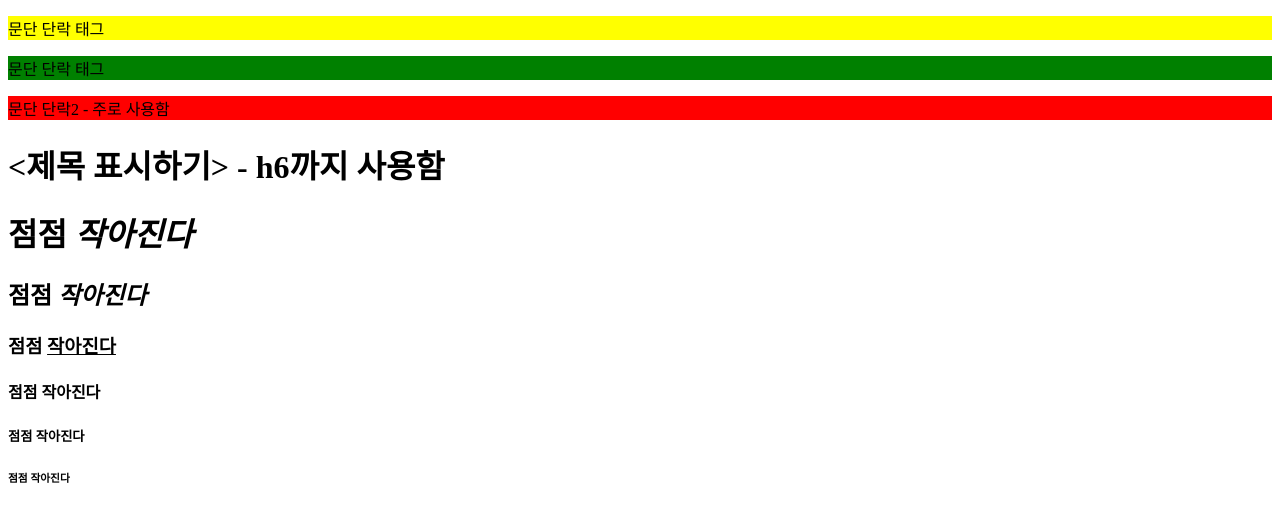
Repository: hsaar/jsworkplace
Page: http://localhost/testjsp/html/test01.jsp
An editor plug-in stored every save of this project. The page is shown before and after the next save, followed by the edit.
The browser window is 1280 px wide. The pictures show the whole page.
The page is served by Tomcat 9.

Above is the page before, as saved 2025-08-19 03:06:39.

### testjsp/src/main/webapp/html/test01.jsp
<%@ page language="java" contentType="text/html; charset=UTF-8"
    pageEncoding="UTF-8"%>
<!DOCTYPE html>
<html>
<head>
<meta charset="UTF-8">
<title>NAVAR</title>
</head>
<body>
	<p style="background:yellow">문단 단락 태그</p>
	<p style="background:green">문단 단락 태그</p>
	<div style="background:red">문단 단락2 - 주로 사용함</div>
	<div>
		<h1>&lt;제목 표시하기&gt; - h6까지 사용함</h1>
	</div>
	<div>
		<h1>점점 <i>작아진다</i></h1>
		<h2>점점 <em>작아진다</em></h2>
		<h3>점점 <ins>작아진다</ins></h3>
		<h4>점점 작아진다</h4>
		<h5>점점 작아진다</h5>
		<h6>점점 작아진다</h6>
	</div>

</body>
</html>

After the next save:
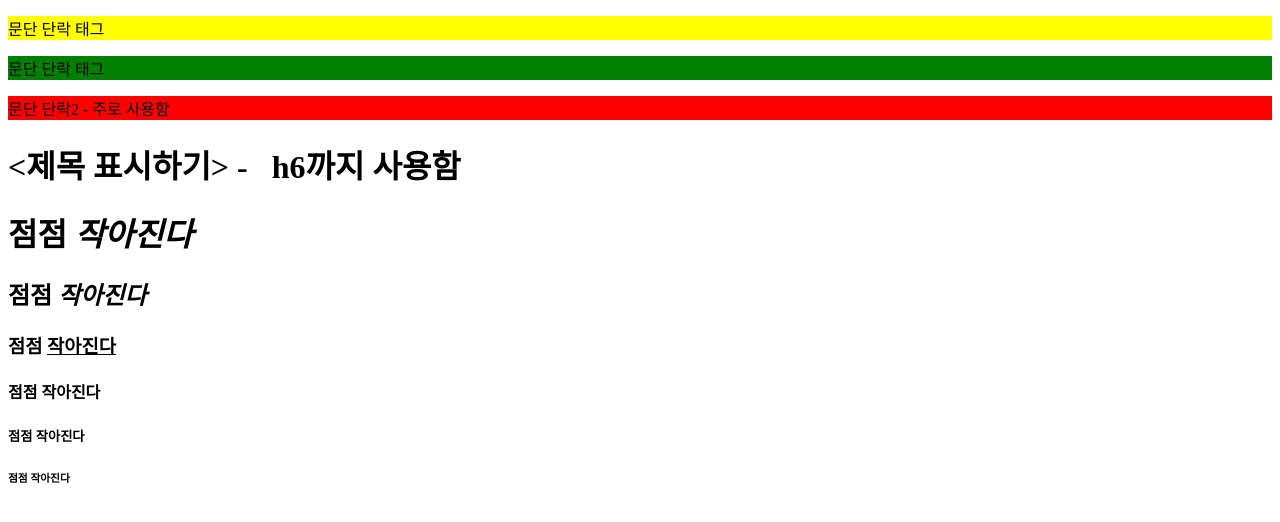
Saved 54 s later.
--- a/testjsp/src/main/webapp/html/test01.jsp
+++ b/testjsp/src/main/webapp/html/test01.jsp
@@ -11,7 +11,7 @@
 	<p style="background:green">문단 단락 태그</p>
 	<div style="background:red">문단 단락2 - 주로 사용함</div>
 	<div>
-		<h1>&lt;제목 표시하기&gt; - h6까지 사용함</h1>
+		<h1>&lt;제목 표시하기&gt; - &nbsp;&nbsp;h6까지 사용함</h1>
 	</div>
 	<div>
 		<h1>점점 <i>작아진다</i></h1>
